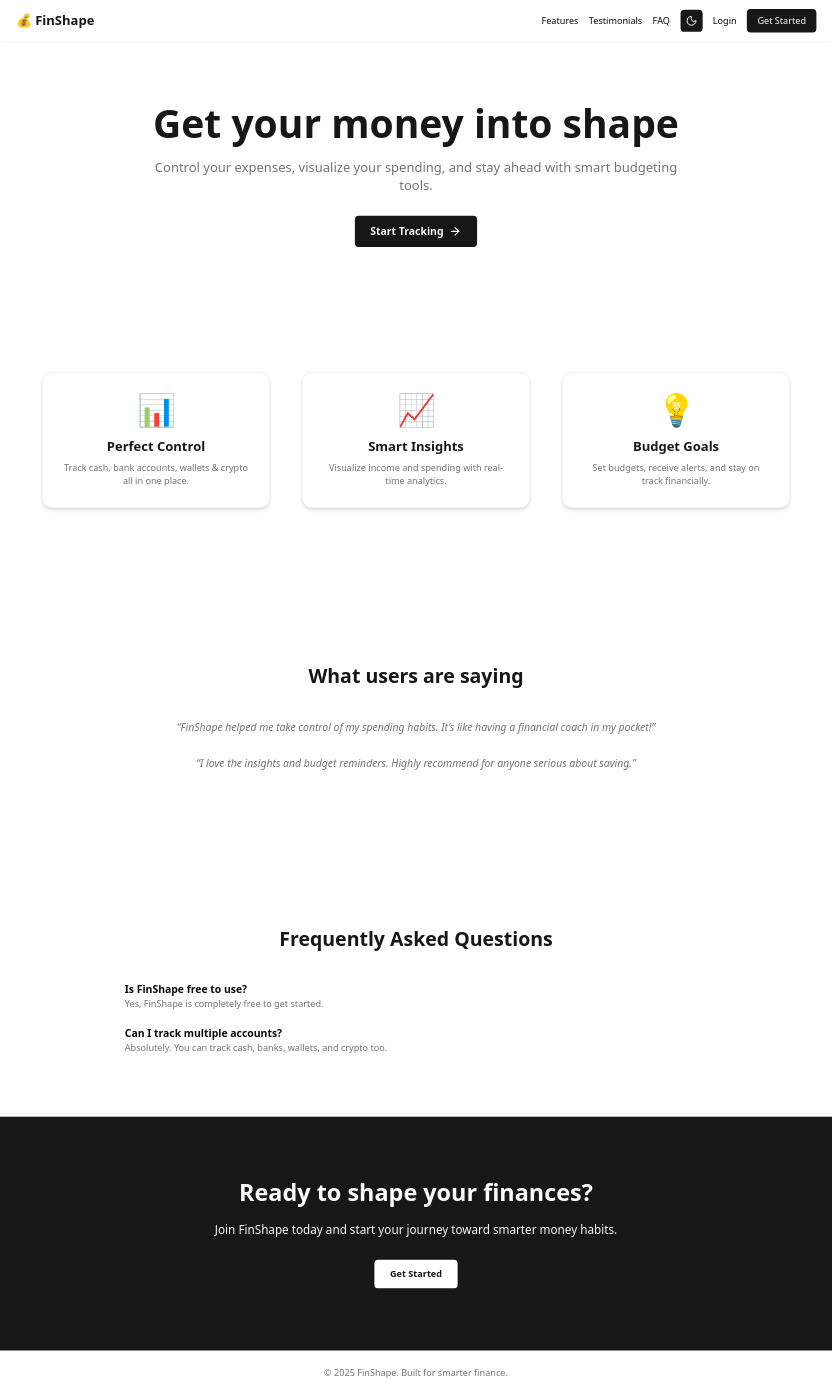
Repository: ruthvik-mt/Trackifi
Page: /categories (app in frontend/)
An editor plug-in stored every save of this project. The page is shown before and after the next save, followed by the edit.
The browser window is 1280 px wide. The pictures show the whole page, at 65% of full size.
The project was rebuilt for these pictures with package versions that can differ from the ones it lists, and the page was loaded fresh each time. Also part of the build but not shown: frontend/vite.config.ts, frontend/src/components/FormInput.tsx, frontend/src/pages/Auth/Login.tsx, frontend/src/pages/Auth/Register.tsx, frontend/src/components/Sidebar.tsx, frontend/src/components/ThemeToggleButton.tsx, frontend/src/components/Navbar.tsx, frontend/src/pages/Dashboard/Layout.tsx and 20 more.

Above is the page before, as saved 2025-07-15 20:43:54.

### frontend/index.html
<!-- index.html -->
<!DOCTYPE html>
<html lang="en">
  <head>
    <meta charset="UTF-8" />
    <link rel="icon" href="/favicon.svg" />
    <meta name="viewport" content="width=device-width, initial-scale=1.0" />

    <!-- Critical script: apply theme before paint -->
    <script>
      const theme = localStorage.getItem("theme");
      if (
        theme === "dark" ||
        (!theme && window.matchMedia("(prefers-color-scheme: dark)").matches)
      ) {
        document.documentElement.classList.add("dark");
      } else {
        document.documentElement.classList.remove("dark");
      }
    </script>

    <title>FinShape</title>
  </head>
  <body>
    <div id="root"></div>
    <script type="module" src="/src/main.tsx"></script>
  </body>
</html>

### frontend/src/main.tsx
import React from "react";
import ReactDOM from "react-dom/client";
import App from "./App";
import "./tailwind.css";
import { AuthProvider } from "./context/AuthProvider";
import { ThemeProvider } from "./context/ThemeProvider"; // ✅ Add ThemeProvider
import { BrowserRouter as Router } from "react-router-dom";

ReactDOM.createRoot(document.getElementById("root")!).render(
  <React.StrictMode>
    <Router>
      {/* ✅ Wrap app with theme context */}
      <ThemeProvider>
        <AuthProvider>
          <App />
        </AuthProvider>
      </ThemeProvider>
    </Router>
  </React.StrictMode>
);

### frontend/src/App.tsx
import { Routes, Route, Navigate } from "react-router-dom";
import Login from "./pages/Auth/Login";
import Register from "./pages/Auth/Register";
import Dashboard from "./pages/Dashboard/Dashboard";
import CategoryList from "./pages/Categories/CategoryList";
import TransactionList from "./pages/Transactions/TransactionList";
import BudgetList from "./pages/Budgets/BudgetList";
import MonthlyTotal from "./pages/Insights/MonthlyTotal";
import CategoryBreakdown from "./pages/Insights/CategoryBreakdown";
import BudgetComparison from "./pages/Insights/BudgetComparison";
import ProtectedRoute from "./components/ProtectedRoute";
import LandingPage from "./pages/LandingPage"; // ✅ Add this import

export default function App() {
  return (
    <Routes>
      {/* Landing Page */}
      <Route path="/" element={<LandingPage />} /> {/* ✅ New route */}

      {/* Auth Routes */}
      <Route path="/login" element={<Login />} />
      <Route path="/register" element={<Register />} />

      {/* Protected Routes */}
      <Route
        path="/dashboard"
        element={
          <ProtectedRoute>
            <Dashboard />
          </ProtectedRoute>
        }
      />
      <Route
        path="/categories"
        element={
          <ProtectedRoute>
            <CategoryList />
          </ProtectedRoute>
        }
      />
      <Route
        path="/transactions"
        element={
          <ProtectedRoute>
            <TransactionList />
          </ProtectedRoute>
        }
      />
      <Route
        path="/budgets"
        element={
          <ProtectedRoute>
            <BudgetList />
          </ProtectedRoute>
        }
      />
      <Route
        path="/insights/monthly-total"
        element={
          <ProtectedRoute>
            <MonthlyTotal />
          </ProtectedRoute>
        }
      />
      <Route
        path="/insights/category-breakdown"
        element={
          <ProtectedRoute>
            <CategoryBreakdown />
          </ProtectedRoute>
        }
      />
      <Route
        path="/insights/budget-comparison"
        element={
          <ProtectedRoute>
            <BudgetComparison />
          </ProtectedRoute>
        }
      />

      {/* Fallback Route */}
      <Route path="*" element={<Navigate to="/" />} /> {/* ✅ Updated from "/login" to "/" */}
    </Routes>
  );
}

### frontend/src/tailwind.css
@tailwind base;
@tailwind components;
@tailwind utilities;

/* =========================
   Base Theme Variables
   ========================= */

@layer base {
  :root {
    --background: 0 0% 100%;
    --foreground: 0 0% 3.9%;

    --card: 0 0% 100%;
    --card-foreground: 0 0% 3.9%;

    --popover: 0 0% 100%;
    --popover-foreground: 0 0% 3.9%;

    --primary: 0 0% 9%;
    --primary-foreground: 0 0% 98%;

    --secondary: 0 0% 96.1%;
    --secondary-foreground: 0 0% 9%;

    --muted: 0 0% 96.1%;
    --muted-foreground: 0 0% 45.1%;

    --accent: 0 0% 96.1%;
    --accent-foreground: 0 0% 9%;

    --destructive: 0 84.2% 60.2%;
    --destructive-foreground: 0 0% 98%;

    --border: 0 0% 89.8%;
    --input: 0 0% 89.8%;
    --ring: 0 0% 3.9%;

    --chart-1: 12 76% 61%;
    --chart-2: 173 58% 39%;
    --chart-3: 197 37% 24%;
    --chart-4: 43 74% 66%;
    --chart-5: 27 87% 67%;

    --radius: 0.5rem;

    --tooltip-bg: #ffffff;
    --tooltip-color: #000000;
  }

  .dark {
    --background: 0 0% 3.9%;
    --foreground: 0 0% 98%;

    --card: 0 0% 3.9%;
    --card-foreground: 0 0% 98%;

    --popover: 0 0% 3.9%;
    --popover-foreground: 0 0% 98%;

    --primary: 0 0% 98%;
    --primary-foreground: 0 0% 9%;

    --secondary: 0 0% 14.9%;
    --secondary-foreground: 0 0% 98%;

    --muted: 0 0% 14.9%;
    --muted-foreground: 0 0% 63.9%;

    --accent: 0 0% 14.9%;
    --accent-foreground: 0 0% 98%;

    --destructive: 0 62.8% 30.6%;
    --destructive-foreground: 0 0% 98%;

    --border: 0 0% 14.9%;
    --input: 0 0% 14.9%;
    --ring: 0 0% 83.1%;

    --chart-1: 220 70% 50%;
    --chart-2: 160 60% 45%;
    --chart-3: 30 80% 55%;
    --chart-4: 280 65% 60%;
    --chart-5: 340 75% 55%;

    --tooltip-bg: #d9dde2; /* dark gray or slate */
    --tooltip-color: #0d0f11;
  }
}

/* =========================
   Global Element Styles
   ========================= */
@layer base {
  * {
    @apply border-border;
  }

  html,
  body {
    @apply bg-background text-foreground antialiased;
    min-height: 100%;
    scroll-behavior: smooth;
  }

  input,
  select,
  textarea {
    @apply bg-input text-foreground placeholder-muted-foreground
           border border-border rounded px-3 py-2
           focus:outline-none focus:ring-2 focus:ring-ring;
  }

  button {
    @apply transition-colors bg-primary text-primary-foreground px-4 py-2 rounded
           hover:bg-primary/90 focus:outline-none focus:ring-2 focus:ring-ring;
  }
}

### frontend/src/context/ThemeProvider.tsx
import { useEffect, useState, ReactNode } from "react";
import { ThemeContext, Theme } from "./ThemeContext";

export const ThemeProvider = ({ children }: { children: ReactNode }) => {
  const getInitialTheme = (): Theme => {
    if (typeof window === "undefined") return "light";
    const stored = localStorage.getItem("theme");
    if (stored === "light" || stored === "dark") return stored;
    return window.matchMedia("(prefers-color-scheme: dark)").matches ? "dark" : "light";
  };

  const [theme, setTheme] = useState<Theme>(getInitialTheme);

  useEffect(() => {
    const root = document.documentElement;
    if (theme === "dark") {
      root.classList.add("dark");
    } else {
      root.classList.remove("dark");
    }
    localStorage.setItem("theme", theme);
  }, [theme]);

  const toggleTheme = () => setTheme(prev => (prev === "dark" ? "light" : "dark"));

  return (
    <ThemeContext.Provider value={{ theme, toggleTheme }}>
      {children}
    </ThemeContext.Provider>
  );
};

### frontend/src/components/ProtectedRoute.tsx
// // src/components/ProtectedRoute.tsx
// import { Navigate } from "react-router-dom";
// import { useAuth } from "@/hooks/useAuth";
// import { ReactNode } from "react";

// const ProtectedRoute = ({ children }: { children: ReactNode }) => {
//   const { token } = useAuth();
//   return token ? <>{children}</> : <Navigate to="/login" replace />;
// };

// export default ProtectedRoute;

import { Navigate } from "react-router-dom";
import { useAuth } from "../hooks/useAuth"; // ✅ Correct path
import { JSX } from "react/jsx-runtime";

export default function ProtectedRoute({ children }: { children: JSX.Element }) {
  const { token } = useAuth();

  if (!token) return <Navigate to="/" replace />;
  return children;
}

### frontend/src/pages/LandingPage.tsx
import { Link } from "react-router-dom";
import { motion } from "framer-motion";
import { ArrowRight, Moon, Sun } from "lucide-react";
import { useTheme } from "../hooks/useTheme";
import { useState, useEffect } from "react";
import { Spinner } from "@/components/Spinner";

export default function LandingPage() {
  const { theme, toggleTheme } = useTheme();
  const [buttonLoading, setButtonLoading] = useState(true);

  useEffect(() => {
    const timer = setTimeout(() => setButtonLoading(false), 1000);
    return () => clearTimeout(timer);
  }, []);

  return (
    <div className="min-h-screen bg-background text-foreground">
      {/* ────────────── Header ────────────── */}
      <header className="sticky top-0 z-10 h-16 bg-card text-card-foreground shadow-sm flex items-center justify-between px-6">
        <div className="text-xl font-bold text-primary">💰 FinShape</div>

        <nav className="flex items-center gap-4">
          <a href="#features" className="text-sm font-medium hover:text-primary transition-colors">Features</a>
          <a href="#testimonials" className="text-sm font-medium hover:text-primary transition-colors">Testimonials</a>
          <a href="#faq" className="text-sm font-medium hover:text-primary transition-colors">FAQ</a>

          <button
            onClick={toggleTheme}
            className="px-2 py-2 rounded-md text-sm font-medium bg-primary text-primary-foreground hover:bg-primary/90 transition-colors flex items-center justify-center"
            aria-label={`Switch to ${theme === "dark" ? "light" : "dark"} mode`}
          >
            {theme === "dark" ? <Sun size={18} /> : <Moon size={18} />}
          </button>

          <Link
            to="/login"
            className="text-sm font-medium hover:underline hover:text-primary transition-colors"
          >
            Login
          </Link>

          {buttonLoading ? (
            <Spinner size="default" />
          ) : (
            <Link to="/register">
              <button className="px-4 py-2 rounded-md text-sm font-medium bg-primary text-primary-foreground hover:bg-primary/90 transition-colors">
                Get Started
              </button>
            </Link>
          )}
        </nav>
      </header>

      {/* ────────────── Hero Section ────────────── */}
      <motion.section
        className="text-center px-6 py-24 max-w-4xl mx-auto"
        initial={{ opacity: 0, y: 30 }}
        animate={{ opacity: 1, y: 0 }}
        transition={{ duration: 0.6 }}
      >
        <h1 className="text-5xl md:text-6xl font-extrabold leading-tight mb-6 text-primary">
          Get your money into shape
        </h1>
        <p className="text-lg md:text-xl text-muted-foreground mb-8">
          Control your expenses, visualize your spending, and stay ahead with smart budgeting tools.
        </p>

        {buttonLoading ? (
          <div className="flex justify-center">
            <Spinner size="lg" />
          </div>
        ) : (
          <Link to="/register">
            <button
              aria-label="Start tracking your expenses"
              className="px-6 py-3 rounded-md font-semibold bg-primary text-primary-foreground hover:bg-primary/90 inline-flex items-center gap-2 transition-colors"
            >
              Start Tracking <ArrowRight size={20} />
            </button>
          </Link>
        )}
      </motion.section>

      {/* ────────────── Features Section ────────────── */}
      <motion.section
        id="features"
        className="py-24 px-6 bg-background"
        initial={{ opacity: 0 }}
        whileInView={{ opacity: 1 }}
        viewport={{ once: true, amount: 0.2 }}
        transition={{ duration: 0.8 }}
      >
        <div className="max-w-6xl mx-auto grid gap-12 md:grid-cols-3 text-center">
          {[
            {
              icon: "📊",
              title: "Perfect Control",
              desc: "Track cash, bank accounts, wallets & crypto all in one place.",
            },
            {
              icon: "📈",
              title: "Smart Insights",
              desc: "Visualize income and spending with real-time analytics.",
            },
            {
              icon: "💡",
              title: "Budget Goals",
              desc: "Set budgets, receive alerts, and stay on track financially.",
            },
          ].map(({ icon, title, desc }, index) => (
            <motion.div
              key={title}
              className="bg-white dark:bg-zinc-900 text-zinc-800 dark:text-white border border-border p-8 rounded-2xl shadow-md hover:shadow-xl transition-transform"
              initial={{ opacity: 0, y: 40, scale: 0.95 }}
              whileInView={{ opacity: 1, y: 0, scale: 1 }}
              viewport={{ once: true, amount: 0.3 }}
              whileHover={{ scale: 1.06 }}
              transition={{
                duration: 0.6,
                delay: index * 0.2,
                type: "spring",
                stiffness: 120,
              }}
            >
              <div className="text-5xl mb-5">{icon}</div>
              <h3 className="text-xl font-bold mb-2 text-primary">{title}</h3>
              <p className="text-sm text-muted-foreground">{desc}</p>
            </motion.div>
          ))}
        </div>
      </motion.section>

      {/* ────────────── Testimonials Section ────────────── */}
     <motion.section
  id="testimonials"
  className="py-24 px-6 bg-background text-center"
  initial={{ opacity: 0 }}
  whileInView={{ opacity: 1 }}
  viewport={{ once: true, amount: 0.2 }}
  transition={{ duration: 0.8 }}
>
  <div className="h-12 bg-gradient-to-b from-transparent to-background" />
  <h2 className="text-3xl font-bold mb-12 text-primary">What users are saying</h2>
  <div className="max-w-4xl mx-auto space-y-8">
    <blockquote className="italic text-muted-foreground">
      “FinShape helped me take control of my spending habits. It’s like having a financial coach in my pocket!”
    </blockquote>
    <blockquote className="italic text-muted-foreground">
      “I love the insights and budget reminders. Highly recommend for anyone serious about saving.”
    </blockquote>
  </div>
</motion.section>


      {/* ────────────── FAQ Section ────────────── */}
     <motion.section
  id="faq"
  className="py-24 px-6 bg-background"
  initial={{ opacity: 0 }}
  whileInView={{ opacity: 1 }}
  viewport={{ once: true, amount: 0.2 }}
  transition={{ duration: 0.8 }}
>
  <div className="h-12 bg-gradient-to-b from-transparent to-background" />
  <h2 className="text-3xl font-bold mb-12 text-center text-primary">Frequently Asked Questions</h2>
  <div className="max-w-4xl mx-auto space-y-6">
    <div>
      <h4 className="font-semibold">Is FinShape free to use?</h4>
      <p className="text-sm text-muted-foreground">
        Yes, FinShape is completely free to get started.
      </p>
    </div>
    <div>
      <h4 className="font-semibold">Can I track multiple accounts?</h4>
      <p className="text-sm text-muted-foreground">
        Absolutely. You can track cash, banks, wallets, and crypto too.
      </p>
    </div>
  </div>
</motion.section>


      {/* ────────────── Call to Action ────────────── */}
      <motion.section
        id="cta"
        className="py-24 px-6 bg-primary text-primary-foreground text-center"
        initial={{ opacity: 0 }}
        whileInView={{ opacity: 1 }}
        viewport={{ once: true, amount: 0.2 }}
        transition={{ duration: 0.8 }}
      >
        <h2 className="text-4xl font-bold mb-6">Ready to shape your finances?</h2>
        <p className="mb-8 text-lg">Join FinShape today and start your journey toward smarter money habits.</p>
        <Link to="/register">
          <button className="px-6 py-3 text-sm font-semibold bg-white text-primary rounded-md hover:bg-white/90 transition-colors">
            Get Started
          </button>
        </Link>
      </motion.section>

      {/* ────────────── Footer ────────────── */}
      <footer className="text-center py-6 text-sm text-muted-foreground bg-background">
        © {new Date().getFullYear()} FinShape. Built for smarter finance.
      </footer>
    </div>
  );
}

### frontend/src/context/AuthContext.tsx
// import { createContext } from "react";
// import { User } from "@/types/Auth";

// export interface AuthContextType {
//   token: string | null;
//   user: User | null;
//   login: (token: string) => void;
//   logout: () => void;
// }

// export const AuthContext = createContext<AuthContextType>({
//   token: null,
//   user: null,
//   login: () => {},
//   logout: () => {},
// });

// src/context/AuthContext.ts
import { createContext } from "react";

export interface AuthContextType {
  token: string | null;
  login: (email: string, password: string) => Promise<void>;
  logout: () => void;
}

export const AuthContext = createContext<AuthContextType>(
  {} as AuthContextType // ✅ Safe for use without null-checks
);

### frontend/src/axios.ts
// // src/axios.ts
// import axios from "axios";

// const axiosInstance = axios.create({
//   baseURL: "http://localhost:8080/api",
// });

// axiosInstance.interceptors.request.use((config) => {
//   const token = localStorage.getItem("token");
//   if (token && config.headers) {
//     config.headers.Authorization = `Bearer ${token}`;
//   }
//   return config;
// });

// export default axiosInstance;

// src/axios.ts
// src/axios.ts
import axios from "axios";

const instance = axios.create({
  baseURL: "", // <-- frontend sends /api/... and Vite handles the proxy
  headers: {
    "Content-Type": "application/json",
  },
});

instance.interceptors.request.use((config) => {
  const token = localStorage.getItem("token");
  if (token) {
    config.headers = config.headers || {};
    config.headers["Authorization"] = `Bearer ${token}`;
  }
  return config;
});

export default instance;

### frontend/src/context/ThemeContext.tsx
import { createContext } from "react";

export type Theme = "light" | "dark";

export interface ThemeContextType {
  theme: Theme;
  toggleTheme: () => void;
}

export const ThemeContext = createContext<ThemeContextType | undefined>(undefined);

### frontend/src/hooks/useAuth.ts
// import { useContext } from "react";
// import { AuthContext } from "@/context/AuthContext";

// export const useAuth = () => useContext(AuthContext);

import { useContext } from "react";
import { AuthContext } from "../context/AuthContext";

export const useAuth = () => {
  const ctx = useContext(AuthContext);
  if (!ctx) throw new Error("useAuth must be used inside <AuthProvider>");
  return ctx;
};

### frontend/src/hooks/useTheme.ts
// src/hooks/useTheme.ts
import { useContext } from "react";
import { ThemeContext } from "../context/ThemeContext";

export function useTheme() {
  const context = useContext(ThemeContext);
  if (!context) {
    throw new Error("useTheme must be used within a ThemeProvider");
  }
  return context;
}

### frontend/src/components/Spinner.tsx
// src/components/Spinner.tsx
import { cn } from "@/lib/utils";
import { cva, VariantProps } from "class-variance-authority";
import { Loader } from "lucide-react";

const spinnerVariants = cva("text-muted-foreground animate-spin", {
  variants: {
    size: {
      default: "h-4 w-4",
      sm: "h-2 w-2",
      lg: "h-6 w-6",
      icon: "h-10 w-10",
    },
  },
  defaultVariants: {
    size: "default",
  },
});

interface SpinnerProps extends VariantProps<typeof spinnerVariants> {
  className?: string;
}

export const Spinner = ({ size }: SpinnerProps) => {
  return <Loader className={cn(spinnerVariants({ size }))} />;
};

Loaded but not shown: frontend/src/lib/utils.ts (common file); frontend/tailwind.config.js (86 lines, source omitted); frontend/src/context/AuthProvider.tsx (91 lines, source omitted)

After the next save:
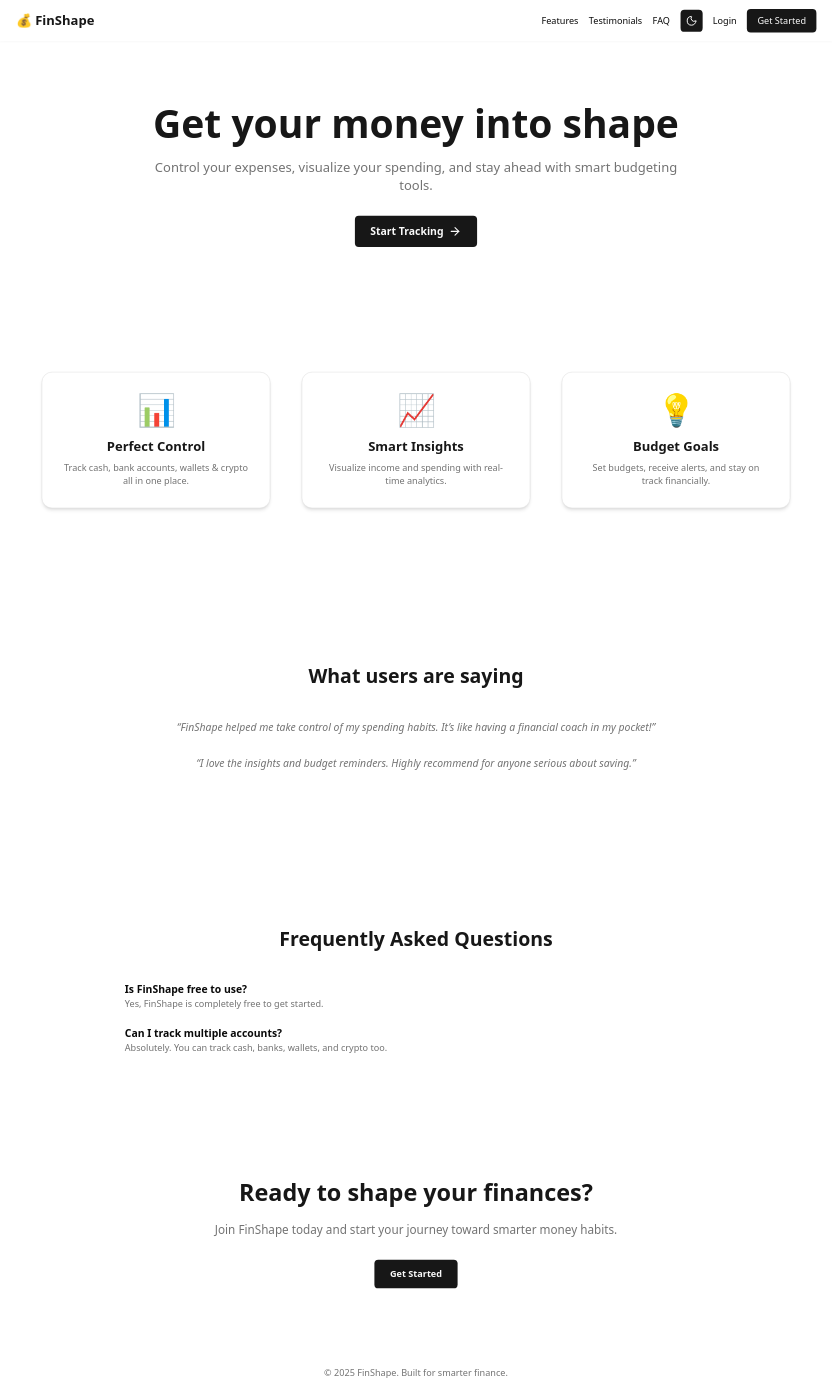
Saved 30 s later.
--- a/frontend/src/pages/LandingPage.tsx
+++ b/frontend/src/pages/LandingPage.tsx
@@ -183,21 +183,26 @@ export default function LandingPage() {
 
       {/* ────────────── Call to Action ────────────── */}
       <motion.section
-        id="cta"
-        className="py-24 px-6 bg-primary text-primary-foreground text-center"
-        initial={{ opacity: 0 }}
-        whileInView={{ opacity: 1 }}
-        viewport={{ once: true, amount: 0.2 }}
-        transition={{ duration: 0.8 }}
-      >
-        <h2 className="text-4xl font-bold mb-6">Ready to shape your finances?</h2>
-        <p className="mb-8 text-lg">Join FinShape today and start your journey toward smarter money habits.</p>
-        <Link to="/register">
-          <button className="px-6 py-3 text-sm font-semibold bg-white text-primary rounded-md hover:bg-white/90 transition-colors">
-            Get Started
-          </button>
-        </Link>
-      </motion.section>
+  id="cta"
+  className="py-24 px-6 bg-background text-center"
+  initial={{ opacity: 0 }}
+  whileInView={{ opacity: 1 }}
+  viewport={{ once: true, amount: 0.2 }}
+  transition={{ duration: 0.8 }}
+>
+  <div className="max-w-2xl mx-auto">
+    <h2 className="text-4xl font-bold mb-6 text-primary">Ready to shape your finances?</h2>
+    <p className="mb-8 text-lg text-muted-foreground">
+      Join FinShape today and start your journey toward smarter money habits.
+    </p>
+    <Link to="/register">
+      <button className="px-6 py-3 text-sm font-semibold bg-primary text-primary-foreground rounded-md hover:bg-primary/90 transition-colors">
+        Get Started
+      </button>
+    </Link>
+  </div>
+</motion.section>
+
 
       {/* ────────────── Footer ────────────── */}
       <footer className="text-center py-6 text-sm text-muted-foreground bg-background">
